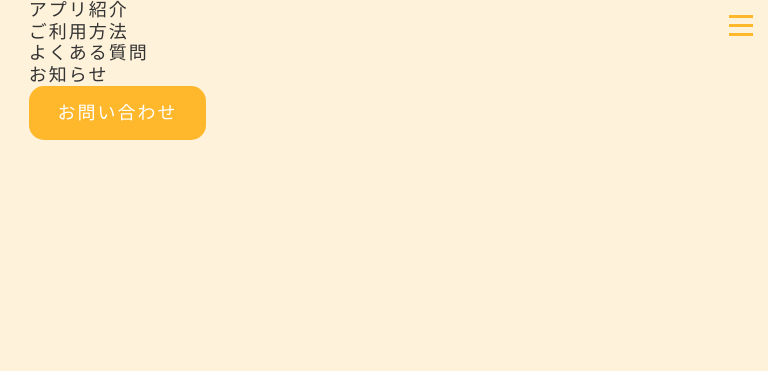
Repository: nozomi-23/lp2_test
Page: index.html
These files come from the project's save history. The page is drawn as it stood at one moment and after the next save; the edit follows.
The browser window is 768 px wide. The pictures show the window.
A layer covers the whole window, so only the first screen is drawn. Some web fonts or font styles are not loaded; a fallback is used.

Above is the page before, as saved 2022-06-19 16:00:06.

After the next save:
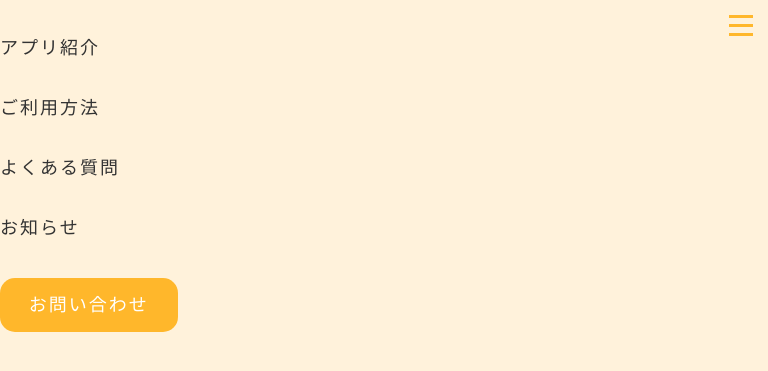
Saved 4 s later.
--- a/css/common.css
+++ b/css/common.css
@@ -471,6 +471,6 @@
       display: block;
     }
       .header_nav ul li {
-        margin: ;
+        margin: 5% auto;
       }
 }
